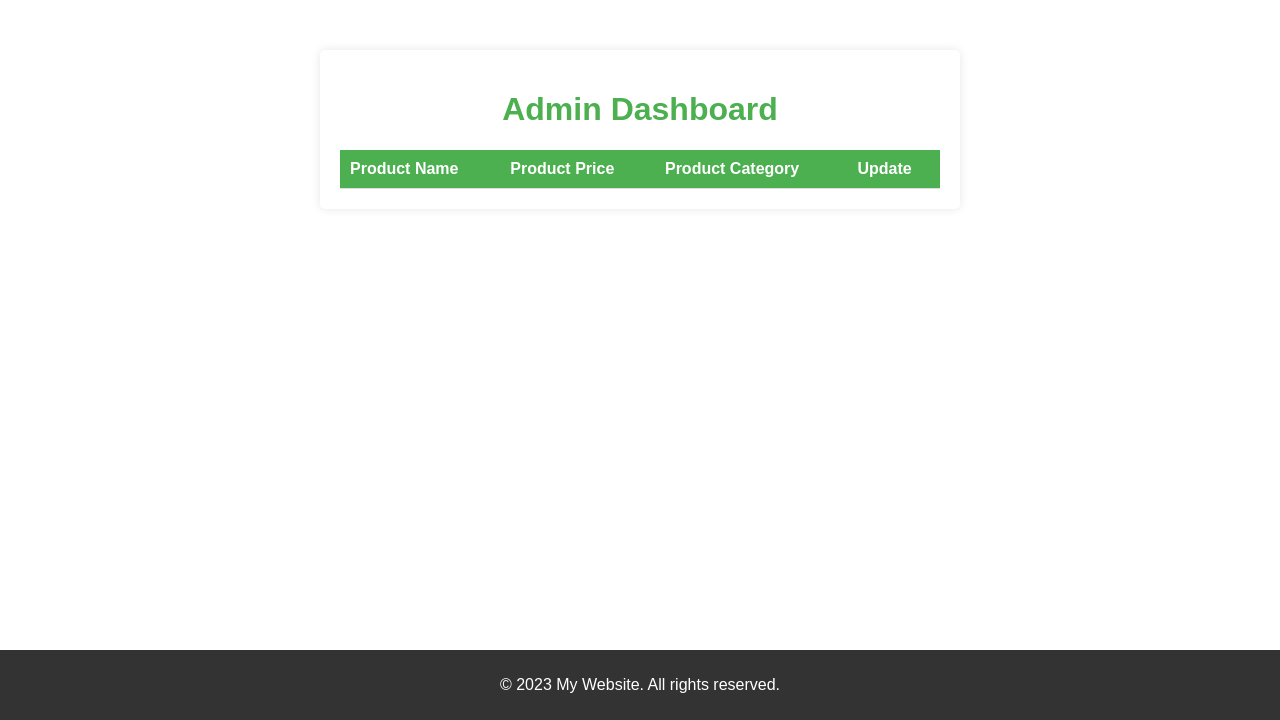
Repository: UrinduYatawakaa/OOP_project
Page: http://localhost/ProductDemo/AllServlet
An editor plug-in stored every save of this project. The page is shown before and after the next save, followed by the edit.
The browser window is 1280 px wide. The pictures show the whole page.
The page is served by Tomcat 9. Queries for data that is not in the repository find no rows.

Above is the page before, as saved 2023-10-25 17:44:31.

After the next save:
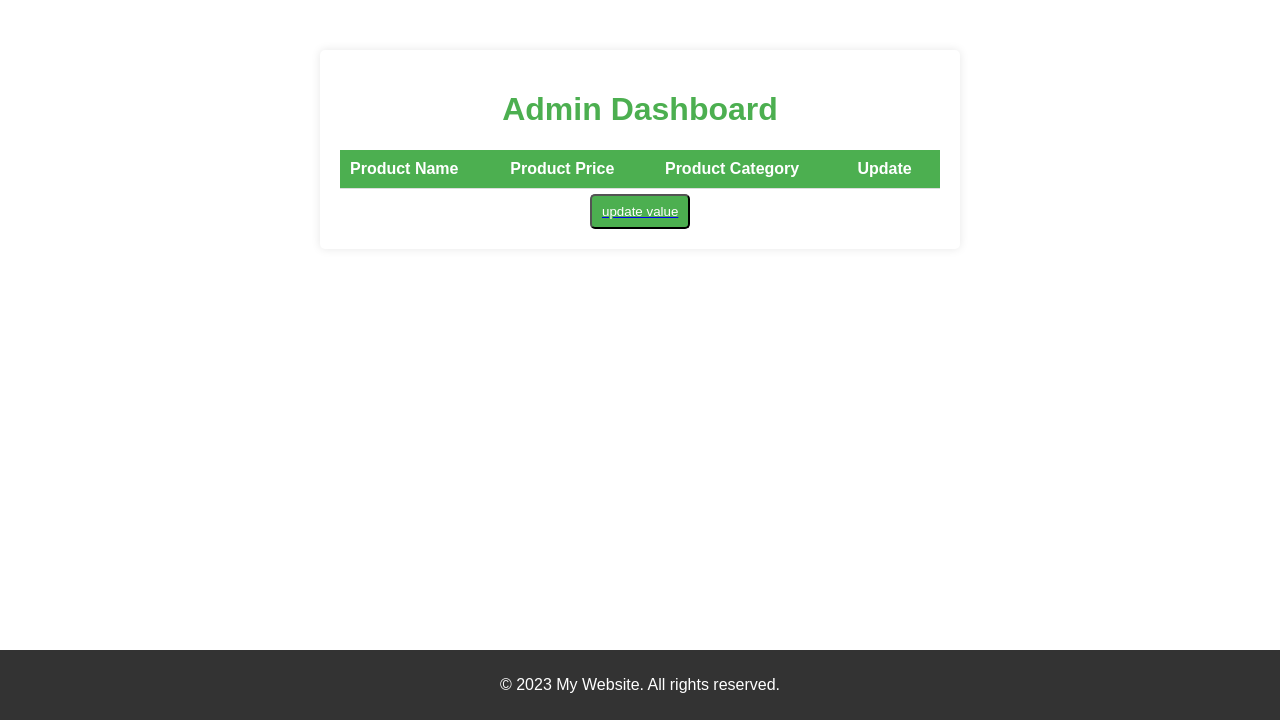
Saved 5 min 57 s later.
--- a/oop project/ProductDemo/src/main/webapp/searchbarAdmin.jsp
+++ b/oop project/ProductDemo/src/main/webapp/searchbarAdmin.jsp
@@ -56,6 +56,10 @@
         </tbody>
 
         </table>
+         <a href="ProductInsert.jsp">
+                            <input type="button" name="update" value="update value"  class="add-to-cart-button">
+                            </a>
+
     </div>
 </body>
     <footer>
